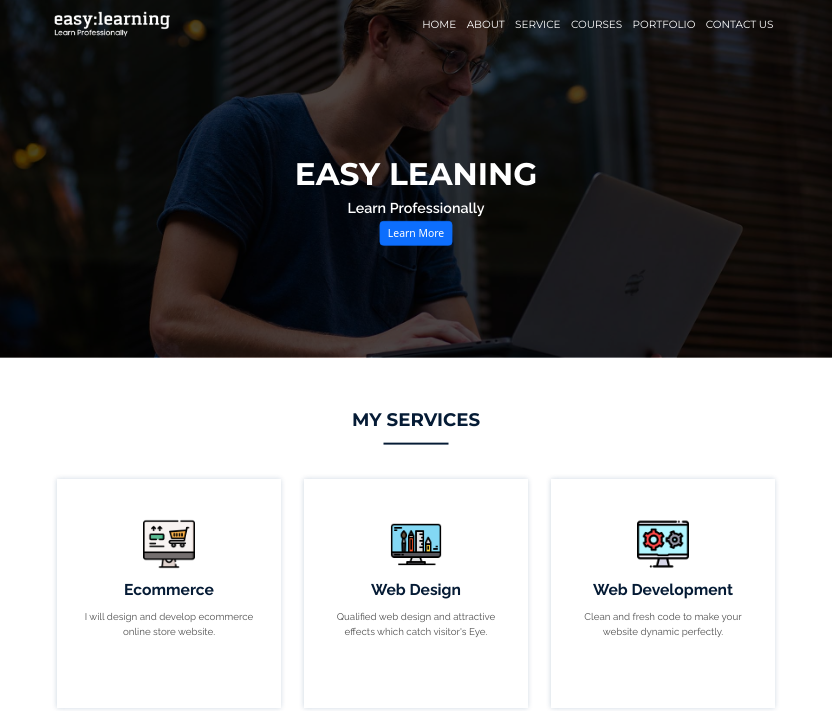
Repository: masamichan/free_video_app
Page: /
These files come from the project's save history. The page is drawn as it stood at one moment and after the next save; the edit follows.
The browser window is 1280 px wide. The pictures show the whole page, at 65% of full size.
Backgrounds fixed to the window are drawn as part of the page. The project was rebuilt for these pictures with package versions that can differ from the ones it lists, and the page was loaded fresh each time.

Above is the page before, as saved 2023-01-24 13:28:04.

### public/index.html
<!DOCTYPE html>
<html lang="en">
  <head>
    <meta charset="utf-8" />
    <link rel="icon" href="%PUBLIC_URL%/icon.png" />
    <meta name="viewport" content="width=device-width, initial-scale=1" />
    <meta name="theme-color" content="#000000" />
    <meta
      name="description"
      content="Web site created using create-react-app"
    />

    <link rel="manifest" href="%PUBLIC_URL%/manifest.json" />

    <link rel="preconnect" href="https://fonts.googleapis.com">
    <link rel="preconnect" href="https://fonts.gstatic.com" crossorigin>
    <link
      href="https://fonts.googleapis.com/css2?family=Montserrat:wght@400;700;800&family=Raleway:wght@300;400;600;700&display=swap"
      rel="stylesheet">

    <title>Easy Leaning</title>
  </head>
  <body>
    <noscript>You need to enable JavaScript to run this app.</noscript>
    <div style="width: 100%;" id="root"></div>

  </body>
</html>

### src/App.js
import React from "react";
import Services from "./components/Services/Services";
import { TopBanner } from "./components/TopBanner/TopBanner";
import TopNavigation from "./components/TopNavigation/TopNavigation";

function App() {
  return (
    <div>
      <TopNavigation />
      <TopBanner />
      <Services />
    </div>
  );
}

export default App;

### src/components/Services/Services.jsx
import React, { Component, Fragment } from "react";
import { Col, Container, Row } from "react-bootstrap";
import designIcon from "../../asset/image/design.png";
import ecommerceIcon from "../../asset/image/ecommerce.png";
import webIcon from "../../asset/image/web.png";

export class Services extends Component {
  render() {
    return (
      <Fragment>
        <Container className="text-center">
          <h1 className="serviceMainTitle">MY SERVICES</h1>
          <div className="bottom"></div>
          <Row>
            <Col lg={4} md={6} sm={12}>
              <div className="serviceCard text-center">
                <img className="ecommerceIcon" src={ecommerceIcon} />
                <h2 className="serviceName">Ecommerce</h2>
                <p className="serviceDescription">
                  I will design and develop ecommerce online store website.
                </p>
              </div>
            </Col>
            <Col lg={4} md={6} sm={12}>
              <div className="serviceCard text-center">
                <img className="designIcon" src={designIcon} />
                <h2 className="serviceName">Web Design</h2>
                <p className="serviceDescription">
                  Qualified web design and attractive effects which catch
                  visitor's Eye.
                </p>
              </div>
            </Col>
            <Col lg={4} md={6} sm={12}>
              <div className="serviceCard text-center">
                <img className="webIcon" src={webIcon} />
                <h2 className="serviceName">Web Development</h2>
                <p className="serviceDescription">
                  Clean and fresh code to make your website dynamic perfectly.
                </p>
              </div>
            </Col>
          </Row>
        </Container>
      </Fragment>
    );
  }
}

export default Services;

### src/components/TopBanner/TopBanner.jsx
import React, { Component, Fragment } from "react";
import { Button, Col, Container, Row } from "react-bootstrap";
import "../../asset/css/custom.css";
import "../../asset/css/bootstrap.css";

export class TopBanner extends Component {
  render() {
    return (
      <Fragment>
        <Container fluid={true} className="topFixedBanner p-0">
          <div className="topBannerOverlay">
            <Container className="topContent">
              <Row>
                <Col className="text-center">
                  <h1 className="topTitle">EASY LEANING</h1>
                  <h4 className="topSubTitle">Learn Professionally</h4>
                  <Button variant="primary">Learn More</Button>
                </Col>
              </Row>
            </Container>
          </div>
        </Container>
      </Fragment>
    );
  }
}

export default TopBanner;

### src/components/TopNavigation/TopNavigation.jsx
import React, { Component, Fragment } from "react";
import { Nav, Navbar, NavDropdown } from "react-bootstrap";
import { Container } from "react-bootstrap";
import whiteLogo from "../../asset/image/logo_white.png";
import blackLogo from "../../asset/image/logo_black.png";

export class TopNavigation extends Component {
  constructor() {
    super();
    this.state = {
      navBarTitle: "navTitle",
      navBarLogo: [whiteLogo],
      navBarBack: "navBackground",
      navBarItem: "navItem",
    };
  }

  onScroll = () => {
    if (window.scrollY > 100) {
      this.setState({
        navBarTitle: "navTitleScroll",
        navBarLogo: [blackLogo],
        navBarBack: "navBackgroundScroll",
        navBarItem: "navItemScroll",
      });
    } else if (window.scrollY < 100) {
      this.setState({
        navBarTitle: "navTitle",
        navBarLogo: [whiteLogo],
        navBarBack: "navBackground",
        navBarItem: "navItem",
      });
    }
  };

  componentDidMount() {
    window.addEventListener("scroll", this.onScroll);
  }

  render() {
    return (
      <Fragment>
        <Navbar
          className={this.state.navBarBack}
          collapseOnSelect
          fixed="top"
          expand="lg"
          variant="dark"
        >
          <Container>
            <Navbar.Brand className={this.state.navBarTitle} href="#home">
              <img src={this.state.navBarLogo} />
            </Navbar.Brand>
            <Navbar.Toggle aria-controls="responsive-navbar-nav" />
            <Navbar.Collapse id="responsive-navbar-nav">
              <Nav className="me-auto"></Nav>
              <Nav>
                <Nav.Link className={this.state.navBarItem} href="#deets">
                  HOME
                </Nav.Link>
                <Nav.Link className={this.state.navBarItem} href="#deets">
                  ABOUT
                </Nav.Link>
                <Nav.Link className={this.state.navBarItem} href="#deets">
                  SERVICE
                </Nav.Link>
                <Nav.Link className={this.state.navBarItem} href="#deets">
                  COURSES
                </Nav.Link>
                <Nav.Link className={this.state.navBarItem} href="#deets">
                  PORTFOLIO
                </Nav.Link>
                <Nav.Link className={this.state.navBarItem} href="#deets">
                  CONTACT US
                </Nav.Link>
              </Nav>
            </Navbar.Collapse>
          </Container>
        </Navbar>
      </Fragment>
    );
  }
}

export default TopNavigation;

### src/asset/css/custom.css
.topFixedBanner {
  background-image: url("../image/banner.jpg");
  min-height: 550px;
  background-attachment: fixed;
  background-position: center;
  background-repeat: no-repeat;
  background-size: cover;
}
.topBannerOverlay {
  position: absolute;
  min-height: 550px;
  width: 100%;
  background: rgb(0, 0, 0, 0.7);
}

.topContent {
  margin-top: 15em;
}

.topTitle {
  font-family: "Montserrat", sans-serif;
  font-weight: 700;
  color: #ffffff;
  font-size: 48px;
}

.topSubTitle {
  font-family: "Raleway", san-serif;
  font-weight: 600;
  color: #ffffff;
  font-size: 22px;
}

.ecommerceIcon {
  height: 80px;
  width: 80px;
}

.designIcon {
  height: 80px;
  width: 80px;
}

.webIcon {
  height: 80px;
  width: 80px;
}

.serviceCard {
  margin: 5px 5px 5px 5px;
  height: 22rem;
  padding: 60px 30px 60px 30px;
  box-shadow: 0 0 8px 0 rgb(4, 55, 105, 0.2);
}

.serviceCard:hover {
  margin: 5px 5px 5px 5px;
  height: 22rem;
  padding: 60px 30px 60px 30px;
  box-shadow: 0 0 16px 0 rgb(4, 55, 105, 0.2);
}

.serviceName {
  color: #051b35;
  margin-top: 1rem;
  font-family: "Raleway", sans-serif;
  font-size: 24px;
  font-weight: 700;
}

.serviceDescription {
  color: #505050;
  margin-top: 1rem;
  font-family: "Raleway", sans-serif;
  font-size: 15px;
  font-weight: 400;
}

.serviceMainTitle {
  color: #051b35;
  margin-top: 5rem;
  margin-bottom: 3rem;
  font-family: "Montserrat", sans-serif;
  font-weight: 700;
  font-size: 28px;
}

.bottom {
  background: #051b35 none repeat scroll 0 0;
  height: 3px;
  width: 100px;
  margin: -1.9rem auto 0;
  margin-bottom: 3rem;
}

.navTitle {
  font-family: "Montserrat", sans-serif;
  color: #ffffff !important;
  font-weight: 700;
  font-size: 30px;
}

.navTitleScroll {
  font-family: "Montserrat", sans-serif;
  color: #051b35 !important;
  font-weight: 700;
  font-size: 30px;
}

.navBackground {
  -webkit-transition: background-color 400ms llinear;
  -moz-transition: background-color 400ms linear;
  -o-transition: background-color 400ms linear;
  transition: background-color 400ms linear;
  background-color: rgb(00, 00, 00, 0) !important;
}

.navBackgroundScroll {
  -webkit-transition: background-color 400ms llinear;
  -moz-transition: background-color 400ms linear;
  -o-transition: background-color 400ms linear;
  transition: background-color 400ms linear;
  background-color: #ffffff;
}

.navItem {
  text-decoration: none !important;
  font-family: "Montserrat", sans-serif;
  color: #ffffff !important;
  font-weight: 700;
  font-size: 16px;
}

.navItemScroll {
  text-decoration: none !important;
  font-family: "Montserrat", sans-serif;
  color: #000000 !important;
  font-weight: 700;
  font-size: 16px;
}

Loaded but not shown: src/index.js (common file); src/asset/css/bootstrap.css (library)

After the next save:
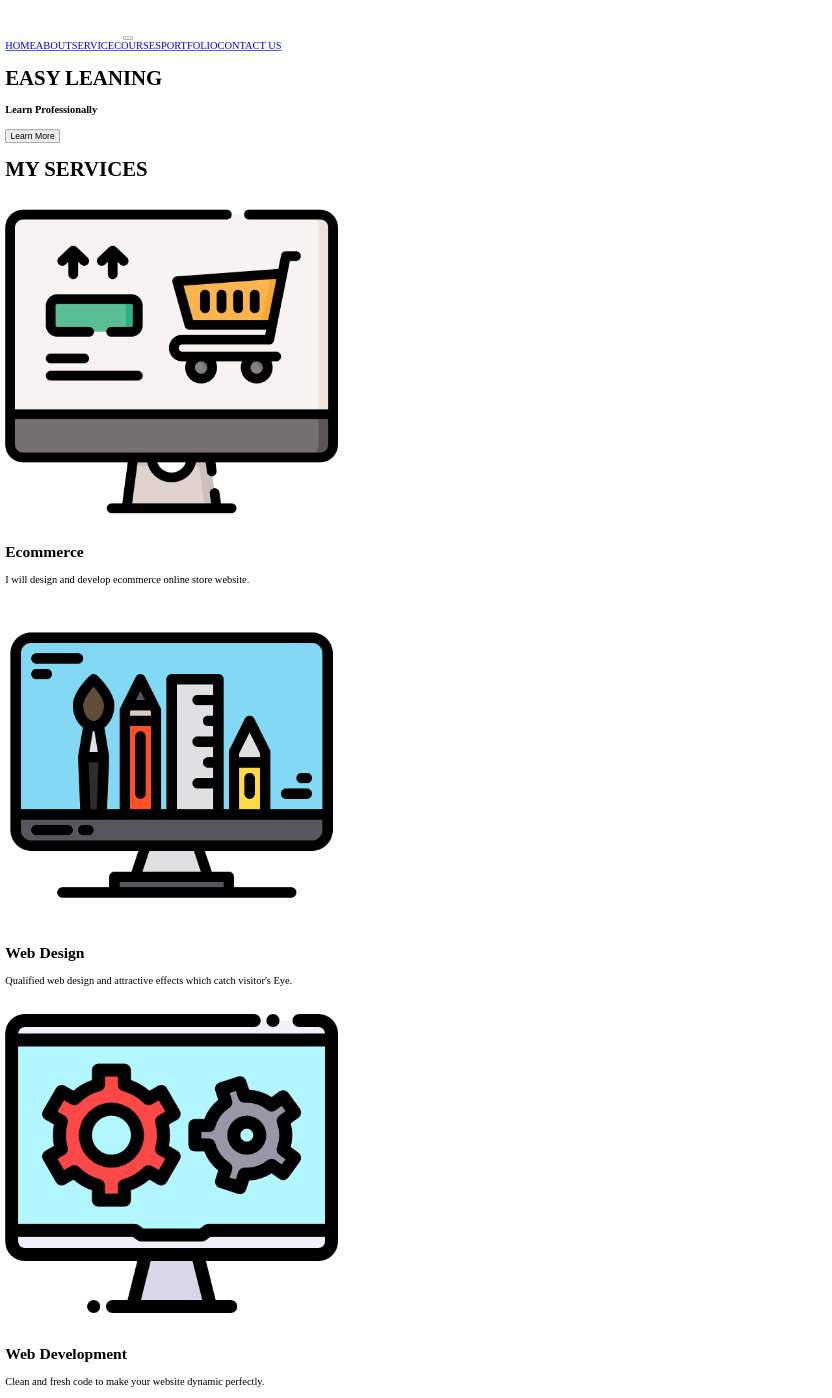
Saved 6 min 58 s later.
--- a/src/components/TopBanner/TopBanner.jsx
+++ b/src/components/TopBanner/TopBanner.jsx
@@ -1,7 +1,5 @@
 import React, { Component, Fragment } from "react";
 import { Button, Col, Container, Row } from "react-bootstrap";
-import "../../asset/css/custom.css";
-import "../../asset/css/bootstrap.css";
 
 export class TopBanner extends Component {
   render() {

After the save that followed:
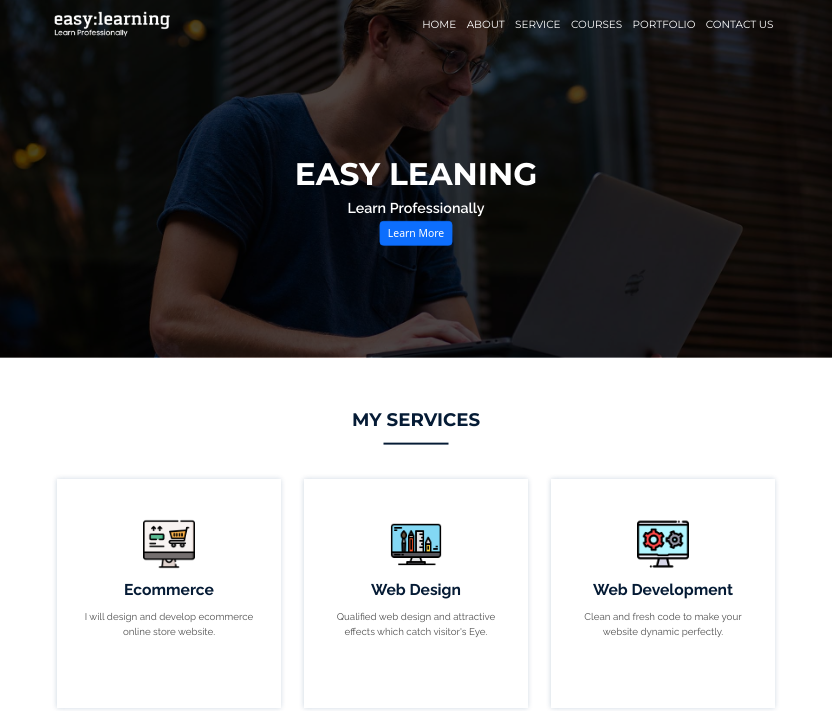
Saved 7 s later.
--- a/src/components/TopNavigation/TopNavigation.jsx
+++ b/src/components/TopNavigation/TopNavigation.jsx
@@ -3,6 +3,8 @@ import { Nav, Navbar, NavDropdown } from "react-bootstrap";
 import { Container } from "react-bootstrap";
 import whiteLogo from "../../asset/image/logo_white.png";
 import blackLogo from "../../asset/image/logo_black.png";
+import "../../asset/css/custom.css";
+import "../../asset/css/bootstrap.css";
 
 export class TopNavigation extends Component {
   constructor() {
